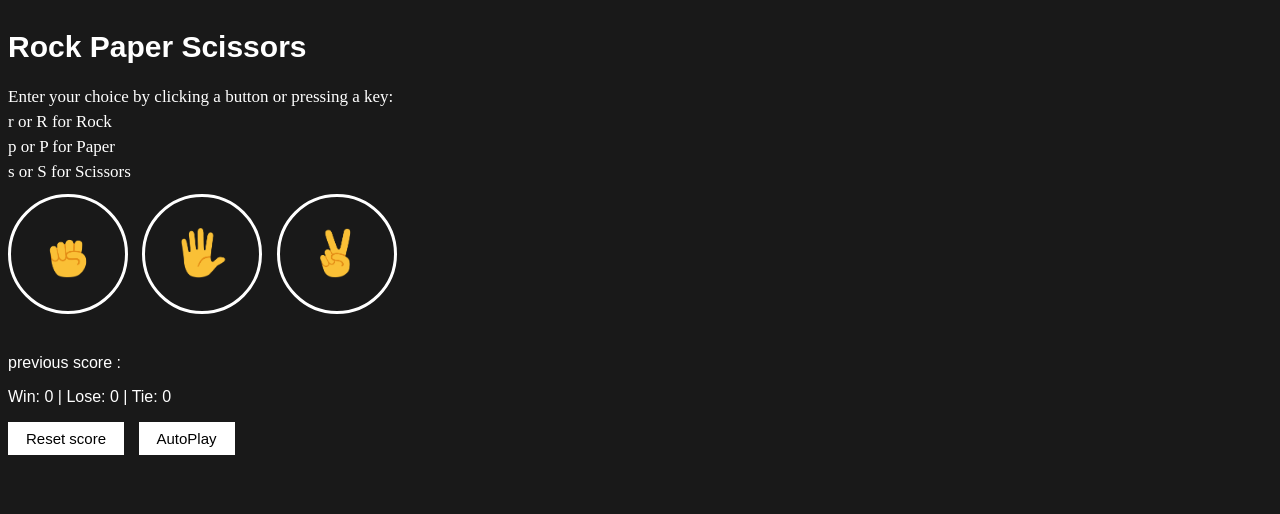
Repository: Gaurav124937/javascript
Page: html/08-rock-paper-scissors-evetlistner.html
These files come from the project's save history. The page is drawn as it stood at one moment and after the next save; the edit follows.
The browser window is 1280 px wide. The pictures show the whole page.

Above is the page before, as saved 2026-04-06 21:39:16.

### html/08-rock-paper-scissors-evetlistner.html
<!DOCTYPE html>
<html lang="en">

<head>
    <meta charset="UTF-8">
    <meta name="viewport" content="width=device-width, initial-scale=1.0">
    <title>Document</title>
    <link rel="stylesheet" href="../css/rock-paper-scisssor-autoplay.css">
</head>



<body>
    <p class="title">Rock Paper Scissors</p>
    <p class="instructions">Enter your choice by clicking a button or pressing a key:</p>
    <p class="instructions">r or R for Rock</p>
    <p class="instructions">p or P for Paper</p>
    <p class="instructions">s or S for Scissors</p>
    <button  class="game-button rock-button">
        <img src="../images/rock-emoji.png" class="button-emoji"></button>
    <button  class="game-button paper-button">
        <img src="../images/paper-emoji.png" class="button-emoji"></button>
    <button  class="game-button scissors-button">
        <img src="../images/scissors-emoji.png" class="button-emoji"></button>
    <p class="displayresult"></p>
    <p class="choices"></p>
    <p class="js-previous-score previous"> previous score :</p>
    <p class="score-display"></p>
    <button onclick="resetScore() " class="reset-score">Reset score</button>
    <button onclick="autoPlay()" class="auto-play-button">AutoPlay</button>
    <script src="../js/rock-paper-scisssor-autoplay-eventlistner.js"></script>
</body>


</html>

### css/rock-paper-scisssor-autoplay.css
body {
    font-family: Arial, sans-serif;
    color: white;
    background-color: rgb(25, 25, 25);
}

.title {
    font-size: 30px;
    font-weight: bold;
    margin-bottom: 30px;
}

.game-button {
    width: 120px;
    height: 120px;
    border-radius: 90px;
    background-color: rgb(25, 25, 25);
    border: 3px solid white;
    margin-right: 10px;
    cursor: pointer;
    margin-top: ;
}

.button-emoji {
    width: 50px;
}

.result-display {
    font-size: 25px;
    font-weight: bold;
    margin-top: 50px;
}

.choice-display {
    font-size: 15px;
    margin-top: 20px;
    vertical-align: top;
}

.previous {
    margin-top: 40px;
}

.reset-score {
    padding: 8px 18px;
    font-size: 15px;
    background-color: white;
    color: black;
    border: none;
    cursor: pointer;
}

.auto-play-button {
    padding: 8px 18px;
    font-size: 15px;
    background-color: white;
    color: black;
    border: none;
    cursor: pointer;
    margin-left: 10px;
}

.instructions {
    font-size: 17px;
    margin-bottom: 20px;
    font-family: 'Times New Roman', Times, serif;
    line-height: 0.3;
}

### js/rock-paper-scisssor-autoplay-eventlistner.js
const score = localStorage.getItem('score') ? JSON.parse(localStorage.getItem('score')) : { win: 0, lose: 0, tie: 0 };

updateScoreElement();

//function to play the game

function ComputerChoice() {
    let randomNumber = Math.random();
    let ComputerChoice = '';
    if (randomNumber > 0 && randomNumber < 1 / 3) {
        ComputerChoice = 'rock';
    } else if (randomNumber > 1 / 3 && randomNumber < 2 / 3) {
        ComputerChoice = 'paper';
    } else {
        ComputerChoice = 'scissors';
    }
    return ComputerChoice;
}


    //main game function
        document.querySelector('.rock-button').addEventListener('click', () => playGame('rock'));
        document.querySelector('.paper-button').addEventListener('click', () => playGame('paper'));
        document.querySelector('.scissors-button').addEventListener('click', () => playGame('scissors'));


        document.body.addEventListener('keydown', (event) => {
            if (event.key === 'r' || event.key === 'R') {
                playGame('rock');
            } else if (event.key === 'p' || event.key === 'P') {
                playGame('paper');
            } else if (event.key === 's' || event.key === 'S') {
                playGame('scissors');
            }
        });



function playGame(playerChoice) {
    document.querySelector('.js-previous-score').innerHTML = '';


    let returnedComputerChoice = ComputerChoice();

    //function to compare choices and determine result
    function copmarison() {
        let result = '';
        if (playerChoice === returnedComputerChoice) {
            score.tie++;
            result = 'Tie';
        } else if (
            (playerChoice === 'rock' && returnedComputerChoice === 'scissors') ||
            (playerChoice === 'paper' && returnedComputerChoice === 'rock') ||
            (playerChoice === 'scissors' && returnedComputerChoice === 'paper')
        ) {
            score.win++;
            result = "You win.";
        } else {
            score.lose++;
            result = "You lose.";
        }
        //store score in local storage
        localStorage.setItem('score', JSON.stringify(score));
        return result;
    }




    //display results on the webpage
    const resultElement = document.querySelector('.displayresult');
    resultElement.innerText = copmarison();
    resultElement.classList.add('result-display');


    //display choices
    const choiceElement = document.querySelector('.choices');

    choiceElement.innerHTML = `You chose: <img src="../images/${playerChoice}-emoji.png" class="button-emoji"> | Computer chose: <img src="../images/${returnedComputerChoice}-emoji.png" class="button-emoji">`;
    choiceElement.classList.add('choice-display');

    //display score
    updateScoreElement();



}
//function to reset score
function resetScore() {
    score.win = 0;
    score.lose = 0;
    score.tie = 0;
    localStorage.removeItem('score');
    alert(`Scores have been reset.`);
    updateScoreElement();
    document.querySelector('.choices').innerText = '';
    document.querySelector('.displayresult').innerText = '';

}

function updateScoreElement() {
    document.querySelector('.score-display').innerText = `Win: ${score.win} | Lose: ${score.lose} | Tie: ${score.tie}`;
}


let isAutoPlaying = false;
let autoPlayInterval;
function autoPlay() {
    if(!isAutoPlaying){
        autoPlayInterval = setInterval(function(){
        let playerMove=ComputerChoice();
        playGame(playerMove);
    }, 1000);
    isAutoPlaying=true;
    }
    else{
        clearInterval(autoPlayInterval);
        isAutoPlaying=false;
    }
}

After the next save:
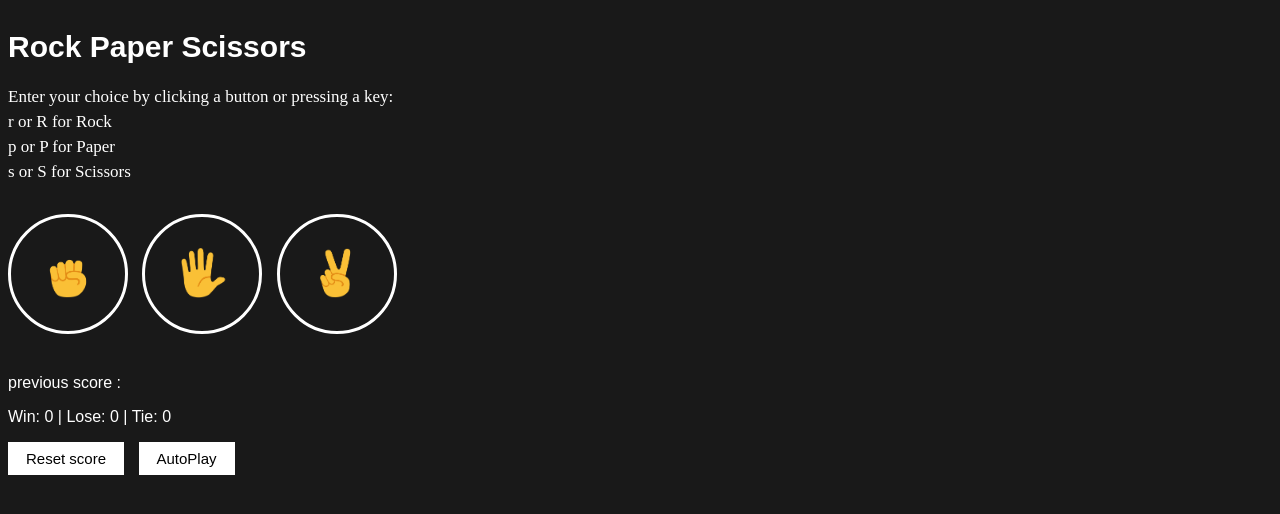
Saved 4 s later.
--- a/css/rock-paper-scisssor-autoplay.css
+++ b/css/rock-paper-scisssor-autoplay.css
@@ -18,7 +18,7 @@ body {
     border: 3px solid white;
     margin-right: 10px;
     cursor: pointer;
-    margin-top: ;
+    margin-top: 20px;
 }
 
 .button-emoji {
